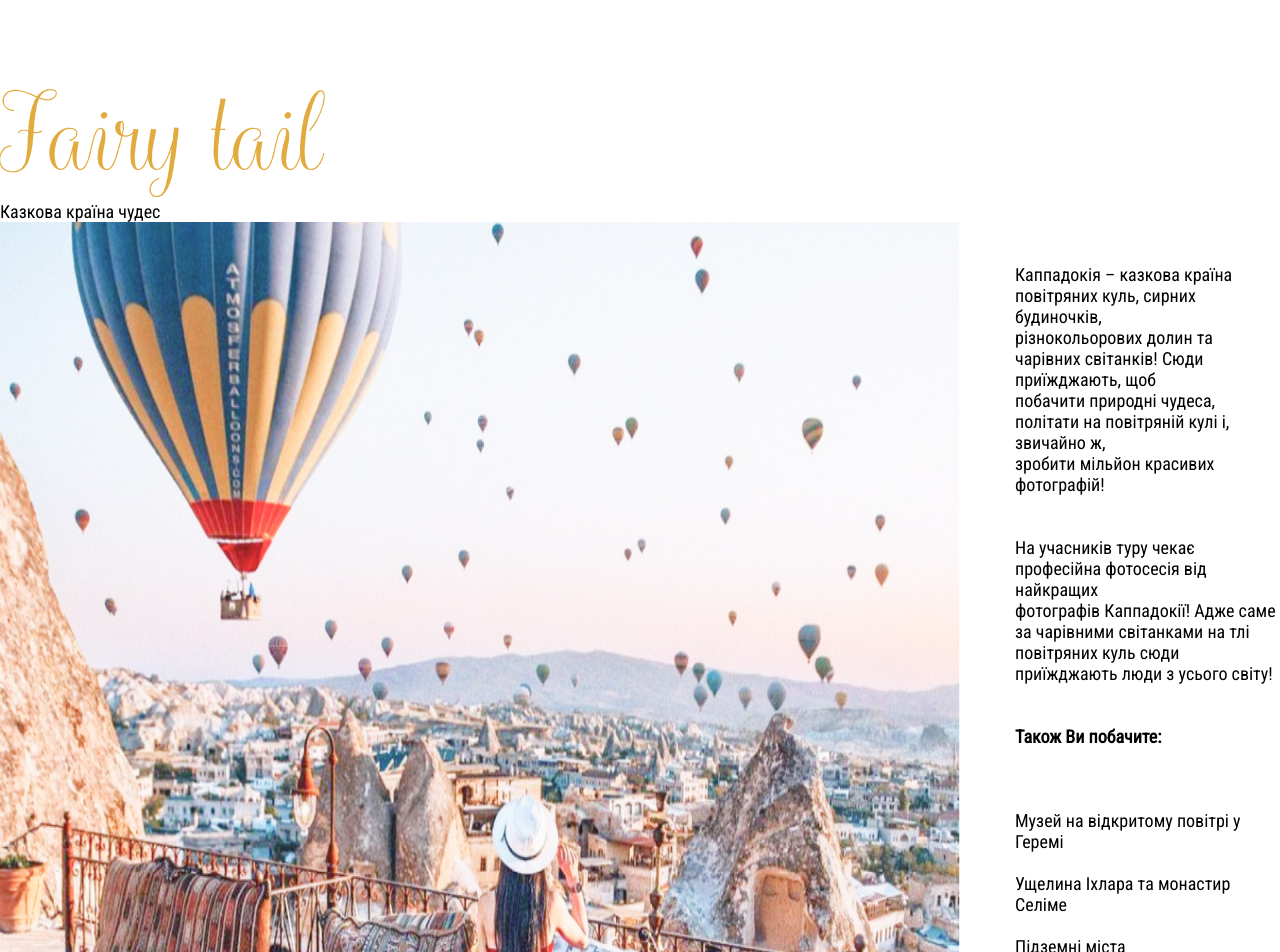
Repository: KYUUBI-K/cappadocia
Page: index.html
An editor plug-in stored every save of this project. The page is shown before and after the next save, followed by the edit.
The browser window is 1280 px wide. The pictures show the part of the page from y = 847 to 1799 px (the page is 2098 px tall before and 2109 px after).

Above is the page before, as saved 2025-08-17 18:38:51.

After the next save:
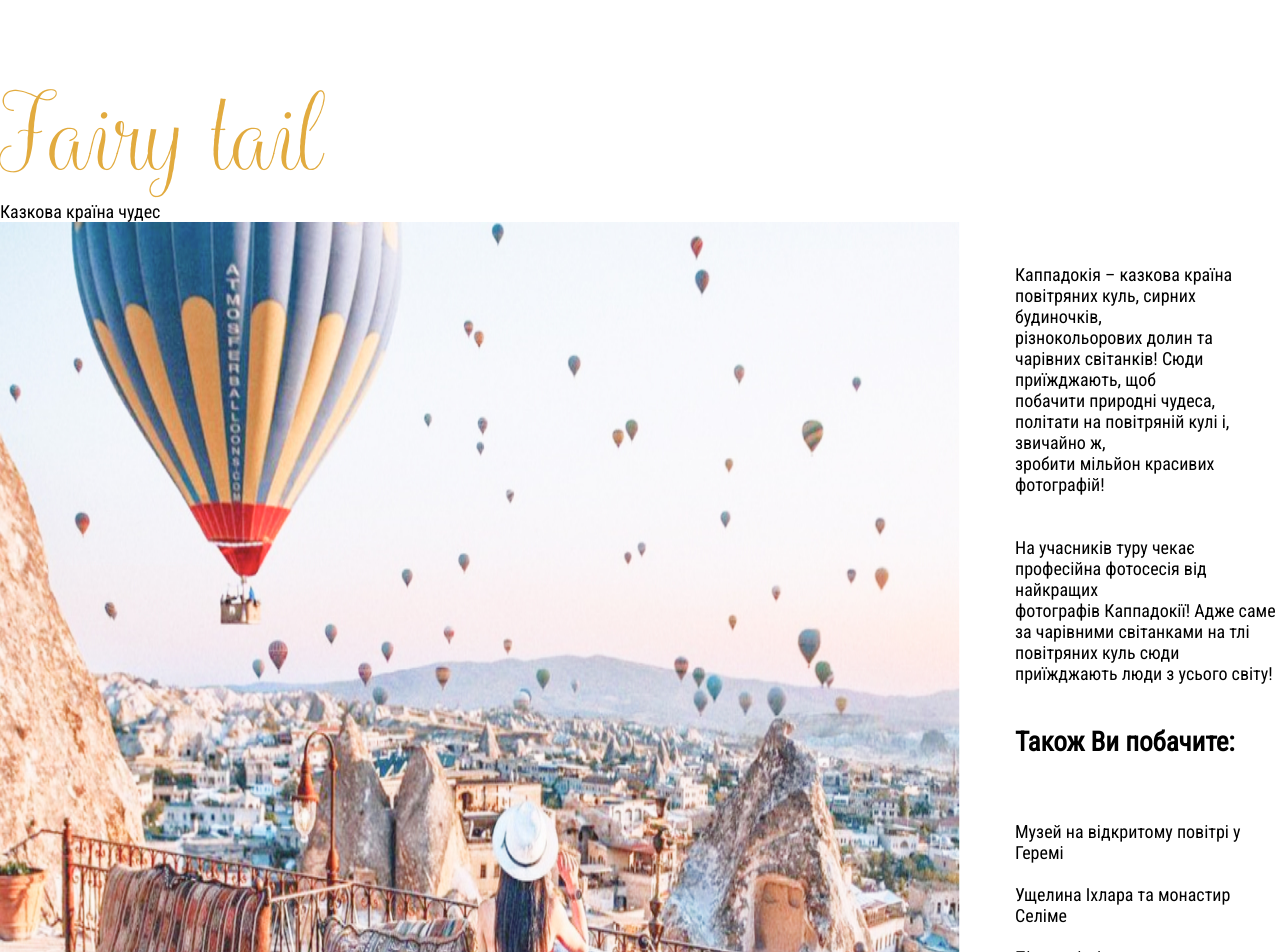
Saved 5 s later.
--- a/index.html
+++ b/index.html
@@ -83,7 +83,7 @@
             повітряних куль сюди приїжджають люди з усього світу!
           </p>
 
-          <h4>Також Ви побачите:</h3>
+          <h2>Також Ви побачите:</h3>
 
           <ul>
             <li>Музей на відкритому повітрі у Геремі</li>
